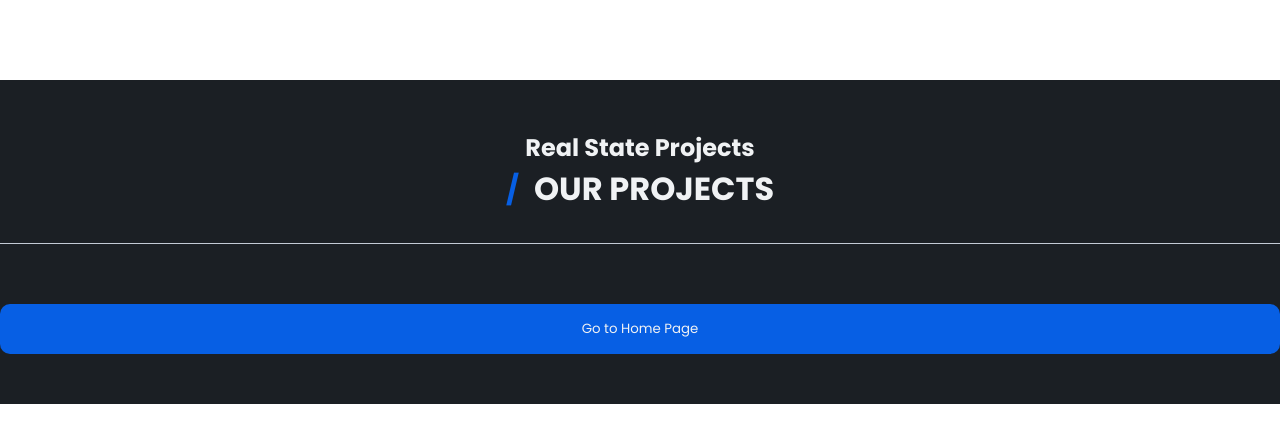
Repository: ayoubgharts/nextjs_protfolio
Page: /tutorials
These files come from the project's save history. The page is drawn as it stood at one moment and after the next save; the edit follows.
The browser window is 1280 px wide. The pictures show the whole page.
The project was rebuilt for these pictures with package versions that can differ from the ones it lists, and the page was loaded fresh each time. The framework's server and built-in components were replaced by stand-ins that run in the browser. Also part of the build but not shown: next.config.mjs.

Above is the page before, as saved 2025-05-30 16:21:58.

### src/app/tutorials/page.jsx
//
import Link from "next/link";
import styles from "./tutorials.module.css";

import { Container } from "react-bootstrap";

import SectionTitle from "@/components/buttons/section-title/SectionTitle";


export const metadata = {
  title: "ayoubgharts | Tutorials",
  description: "Web Developer Engineer",
};

export default function Tutorials() {
  return (
    <main className={styles.tutorials}>
      <Container>
        <h2>Real State Projects</h2>
        <SectionTitle textContent={"Our Projects"} />
        <Link href="/">
          <button className={styles.button}>Go to Home Page</button>
        </Link>
      </Container>
    </main>
  );
}

### src/app/globals.css

/*? import google font 'Poppins' */
@import url('https://fonts.googleapis.com/css2?family=Poppins:wght@100;200;300;400;500;600;700&family=Raleway:ital,wght@0,100..900;1,100..900&display=swap');

/*? all variables */
:root {
  /*. Web colors vars */
  --dark:      #1b1f24;
  --dark-fixed:      #1b1f24;
  --dark-300:  #23282f;
  --dark-400:  #2b323b;
  --dark-300-opacity:  #23282fab;
  --dark-400-opacity:  #2b323bb0;
  --dark-300-fixed:#282c31;
  --dark-500:  #333c47;
  --dark-600:  #4d5a6a;
  --dark-700:  #778392;
  --dark-800:  #9da6b3;

  --light:     #f0f2f4;
  --light-fixed:     #f0f2f4;
  --light-300: #454649;
  --light-400: #c3cad5;
  --light-500: #8895aa;

  --primary:   #075fe4;
  --primary-dark:   #12499c;
  --primary-light:   #6b93cf;
  --success:   #11845b;
  --danger:    #c6303e;
  --danger-dark:    #992934;
  --warning:   #fd7e14;

  --purple:    #4c0bce;
  --purple-dark:    #330f7c;
  --violet:    #712cf9;
  --pink:    #f92c8c;
  --yellow:    #ffc107;
  --green:     #198754;
  --teal:      #20c997;
  --cyan:      #0dcaf0;

  /*. Mobile Var Colors */
  --mobile-dark:      #1b1f24;
  --mobile-light:     #f0f2f4;
  --mobile-dark-300:  #23282f;
  --mobile-dark-500:  #333c47;
  --mobile-dark-700:  #778392;



  /*. transitions vars */
  --trans-03: all ease .3s;
  --trans-05: all ease .5s;

  /*. border radius vars */
  --br-8: 8px;
  --br-50: 50px;

  /*. padding global default */
  --container-120: 0 120px;
  --container-60: 0 60px;
  --container-20: 0 20px;

  /*. buttons vars */
  --btn-padding: 10px 25px;
  --btn-font-size: 1.2rem;
  --btn-font-media: 0.9rem;
  --light-btn:#f0f2f4;

}


/* Light mode overrides */
.light-mode {

  /*. web switch colors */
  --dark:       #e0e3e6;
  --dark-300:  #cdd6e2;
  --dark-400:  #c7cfd8;
  --dark-300-opacity:  #b6bfccab;
  --dark-400-opacity:  #b5bfccb0;
  --dark-500:   #c2c8d3;
  --dark-600:  #4d5a6a;
  --dark-700:  #eff3f7;
  --dark-800:  #757c85;

  --light:     #1b1f24;
  --light-300: #dde1e9;
  --light-400: #c3cad5;
  --light-500: #8895aa;

  /*. mobile switch colors */
  --mobile-dark:      #f0f2f4;
  --mobile-light:     #1b1f24;
  --mobile-dark-500:  #b5bcc4;
  --mobile-dark-700:  #778392;
  --mobile-dark-300:  #e4e7ec;
}


/*? Global Styles */
*{
  font-family: "Poppins", sans-serif;
  box-sizing: border-box;
  padding: 0;
  margin: 0;
}

body {
  font-family: "Poppins", sans-serif;
  box-sizing: border-box;
  padding: 0;
  margin: 0;
}

/*? Normalise */
a, Link{
  color: var(--cyan);
  text-decoration: none !important;
}
ul{
  list-style: none;
  margin: 0;
  padding: 0;
}
ul li{
  margin: 0;
  padding: 0;
}
h1, h2, h3, h4, h5{
  margin: 0;
  padding: 0;
}

i{
  margin: 0;
  padding: 0;
}

.container{
  transition: var(--trans-03);
}

### src/app/tutorials/tutorials.module.css

.tutorials{
    margin-top: 80px;
    background: var(--dark);
    padding: 50px 0;
    transition: var(--trans-03);
    text-align: center;
    color: var(--light);
}

.button{
    outline: none;
    border: none;
    background: var(--primary);
    color: var(--light-fixed);
    width: 100%;
    padding: 15px 25px;
    border-radius: 10px;
    margin-top: 30px;
    transition: var(--trans-03);
}

.button:hover{
    background: var(--primary-dark);
}

### src/components/buttons/section-title/SectionTitle.jsx
import styles from './title.module.css';

export default function SectionTitle({textContent}){
    return(
        <h2 className={styles.h2}>
            {textContent}
        </h2>
    )
}

### src/components/buttons/section-title/title.module.css
.h2{
    font-size: 2rem;
    font-weight: 700;
    text-transform: uppercase;
    color: var(--light);
    width: 100%;
    border-bottom: solid 1.2px var(--light-400);
    margin-bottom: 30px;
    padding-bottom: 30px;
}

.h2::before{
    content: '/';
    color: var(--primary);
    margin-right: 15px;
    font-size: 1.8rem;
}

Loaded but not shown: src/app/layout.js (common file)

After the next save:
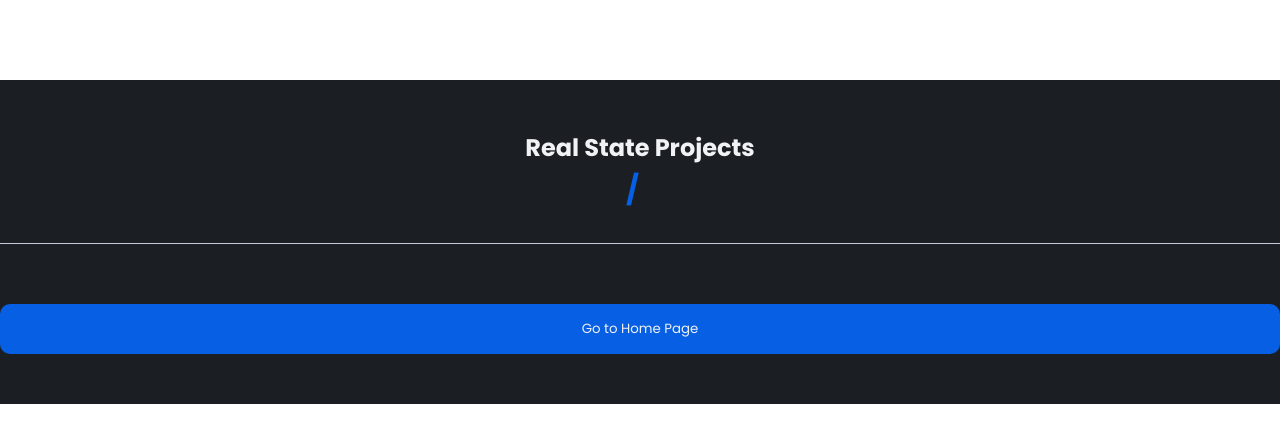
Saved 10 s later.
--- a/src/app/tutorials/page.jsx
+++ b/src/app/tutorials/page.jsx
@@ -17,7 +17,7 @@
     <main className={styles.tutorials}>
       <Container>
         <h2>Real State Projects</h2>
-        <SectionTitle textContent={"Our Projects"} />
+        <SectionTitle textContent={""} />
         <Link href="/">
           <button className={styles.button}>Go to Home Page</button>
         </Link>
